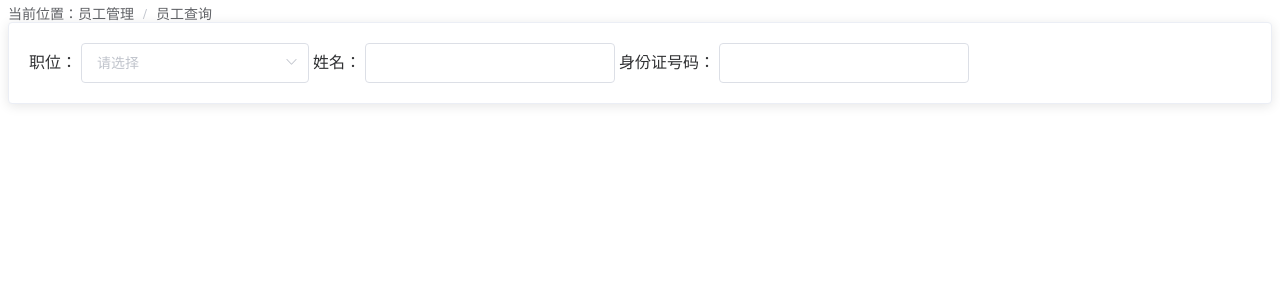
Repository: YUNjwyao/vue_hrm
Page: /#/employee
These files come from the project's save history. The page is drawn as it stood at one moment and after the next save; the edit follows.
The browser window is 1280 px wide. The pictures show the whole page.
The project was rebuilt for these pictures with package versions that can differ from the ones it lists, and the page was loaded fresh each time.

Above is the page before, as saved 2020-10-15 19:13:43.

After the next save:
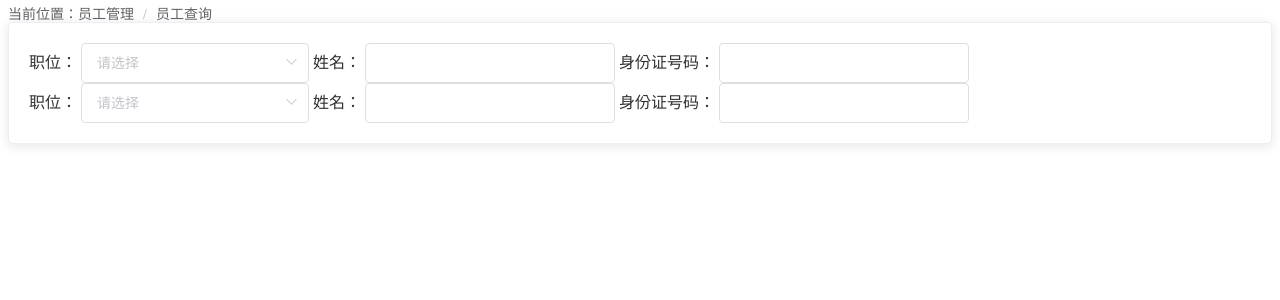
Saved 43 s later.
--- a/src/components/Employee/EmployeeQuery.vue
+++ b/src/components/Employee/EmployeeQuery.vue
@@ -6,46 +6,64 @@
       <el-breadcrumb-item><a href="/">员工查询</a></el-breadcrumb-item>
     </el-breadcrumb>
     <!-- 查询输入框 -->
-	<el-row>
-
-	</el-row>
     <el-card>
-		职位：
-      <el-select v-model="value" placeholder="请选择">
-        <el-option
-          v-for="item in options"
-          :key="item.value"
-          :label="item.label"
-          :value="item.value"
-        >
-        </el-option>
-      </el-select>
-	     姓名：
-	   <el-input v-model="input"></el-input>
-	     身份证号码：
-	   <el-input v-model="input"></el-input>
+      <el-row>
+        职位：
+        <el-select v-model="value" placeholder="请选择">
+          <el-option
+            v-for="item in options"
+            :key="item.value"
+            :label="item.label"
+            :value="item.value"
+          >
+          </el-option>
+        </el-select>
+        姓名：
+        <el-input v-model="input"></el-input>
+        身份证号码：
+        <el-input v-model="input"></el-input>
+      </el-row>
+	  <el-row>
+        职位：
+        <el-select v-model="value" placeholder="请选择">
+          <el-option
+            v-for="item in options"
+            :key="item.value"
+            :label="item.label"
+            :value="item.value"
+          >
+          </el-option>
+        </el-select>
+        姓名：
+        <el-input v-model="input"></el-input>
+        身份证号码：
+        <el-input v-model="input"></el-input>
+      </el-row>
     </el-card>
   </div>
 </template>
 
 <script>
 export default {
-	data(){
-		return {
-			options: [{
-          value: '选项1',
-          label: '经理'
-        }, {
-          value: '选项2',
-          label: '职员'
-        }]
-		}
-	}
+  data() {
+    return {
+      options: [
+        {
+          value: "选项1",
+          label: "经理",
+        },
+        {
+          value: "选项2",
+          label: "职员",
+        },
+      ],
+    };
+  },
 };
 </script>
 
 <style lang="less" scoped>
-.el-input{
-	width: 250px;
+.el-input {
+  width: 250px;
 }
 </style>
